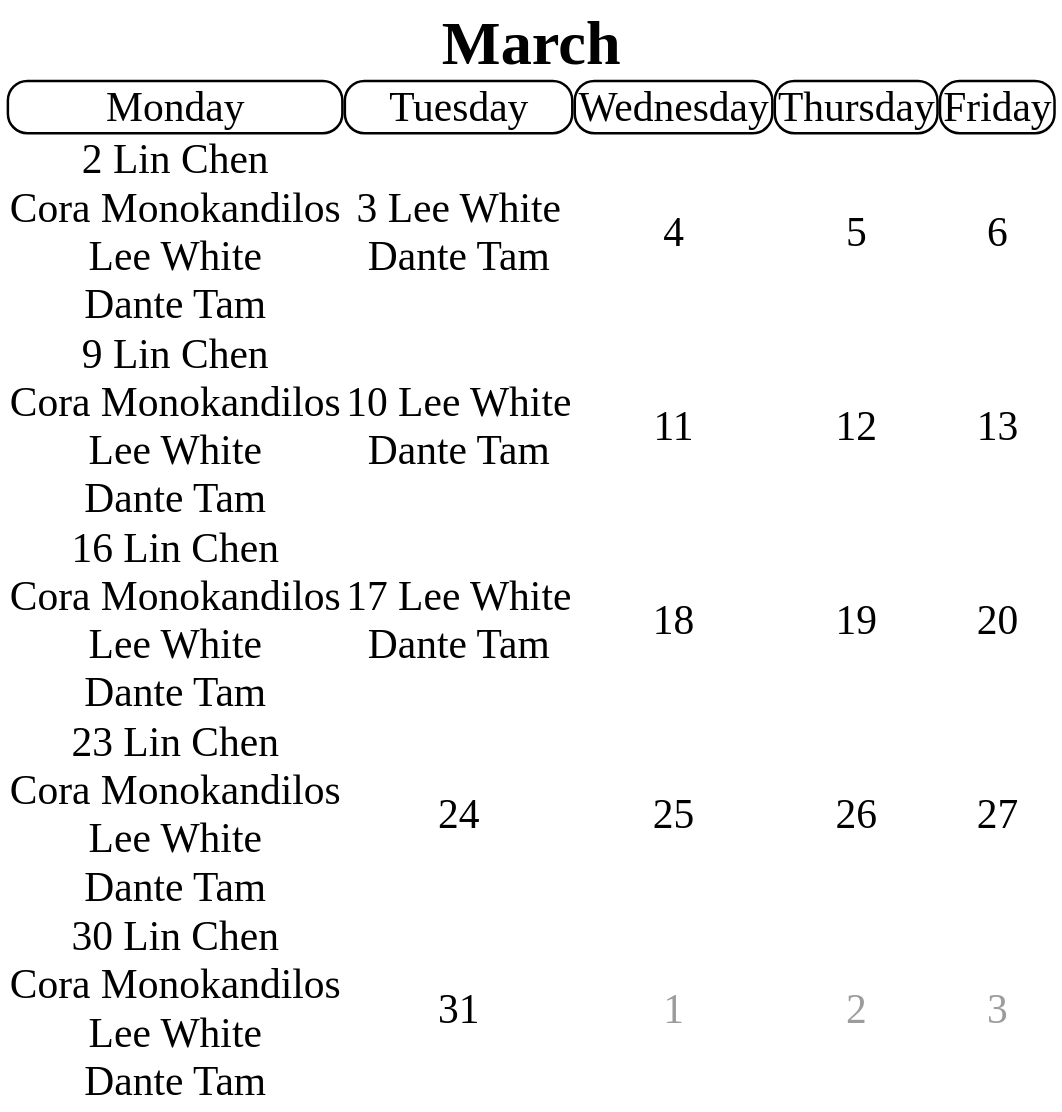
Repository: shleewhite/missionBitCalendar
Page: views/mar.html
The author's editor kept a record of every edit. The page is drawn from the files as they stood at one moment, then again after the next edit.
The browser window is 1280 px wide. The pictures show the whole page, at 83% of full size.

Above is the page before.

After the next edit:
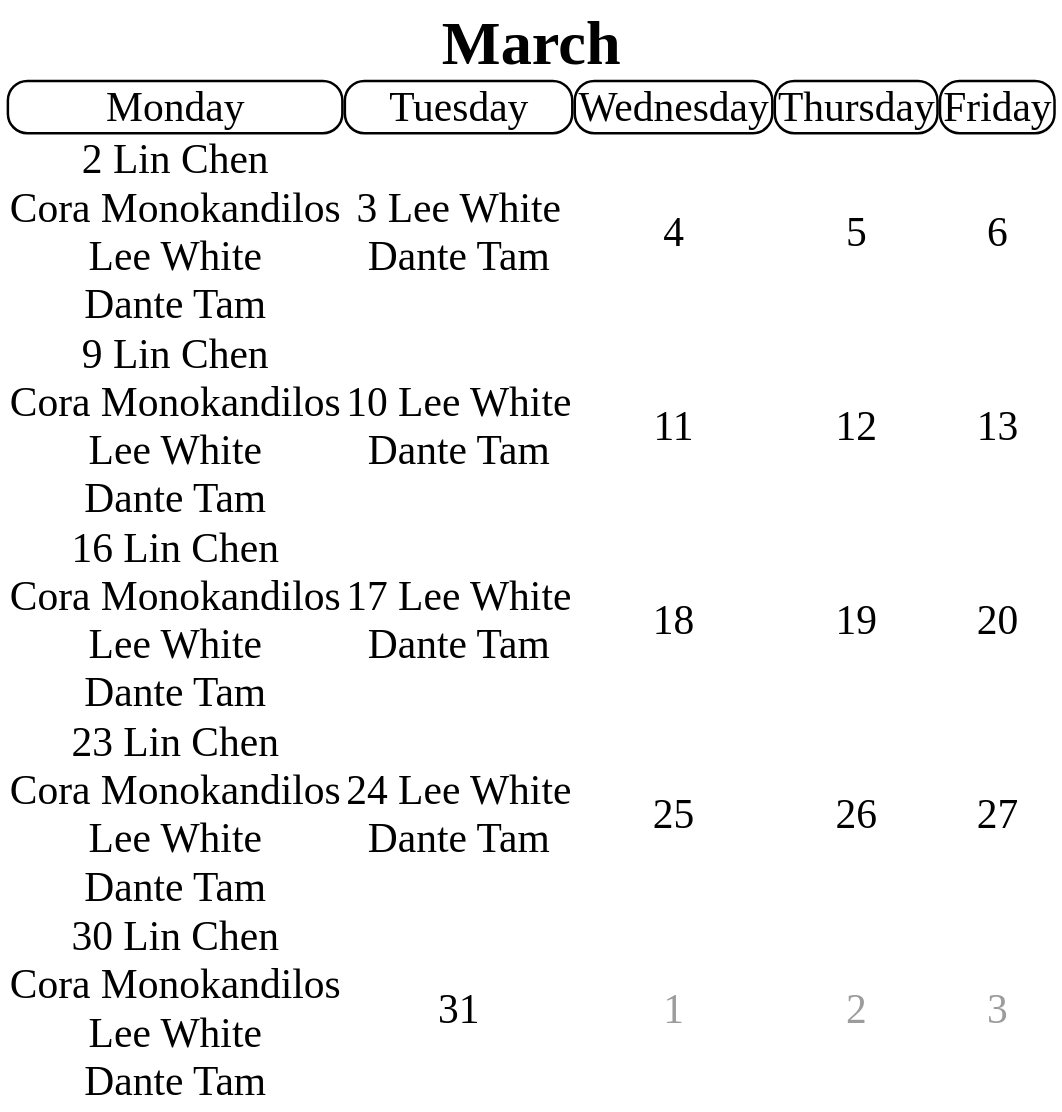
The edit:
--- a/views/mar.html
+++ b/views/mar.html
@@ -35,7 +35,7 @@
             </tr>
             <tr>
                 <td>23 Lin Chen<br>Cora Monokandilos<br>Lee White<br>Dante Tam</td>
-                <td>24</td>
+                <td>24 Lee White<br>Dante Tam</td>
                 <td>25</td>
                 <td>26</td>
                 <td>27</td>
